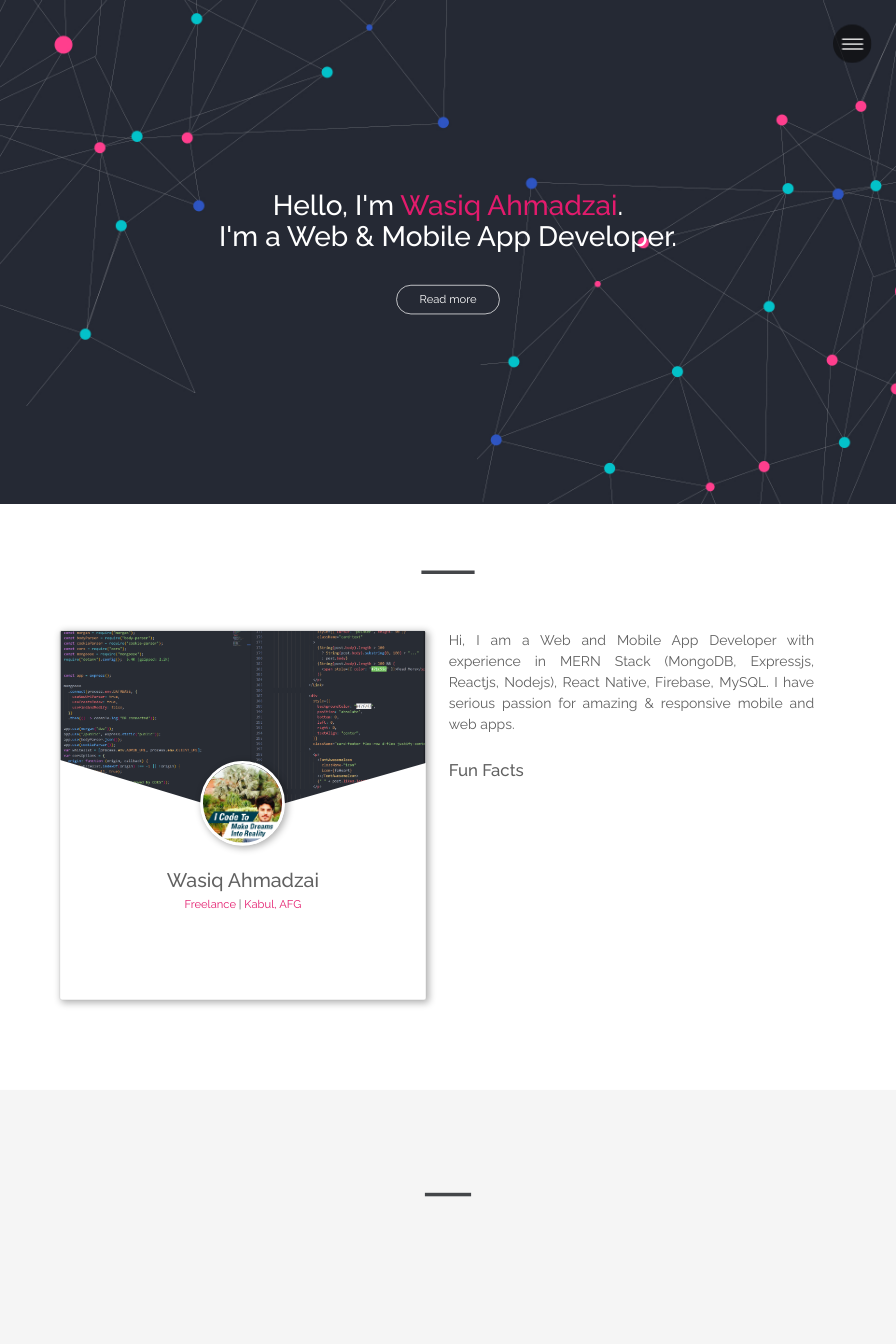
Repository: wasiqkhan/wasiqkhan.github.io
Page: index.html
The author's editor kept a copy of each file at every save. The page is drawn from the files as they stood at one save, then again after the next save.
The browser window is 1280 px wide. The pictures show the part of the page from y = 0 to 1920 px (the page is 5002 px tall), at 70% of full size.
Some web fonts or font styles are not loaded; a fallback is used.

Above is the page before, as saved 2020-11-16 18:45:26.
Not found: js/all.js
Not found: js/app.js
Not found: js/particles.js

After the next save:
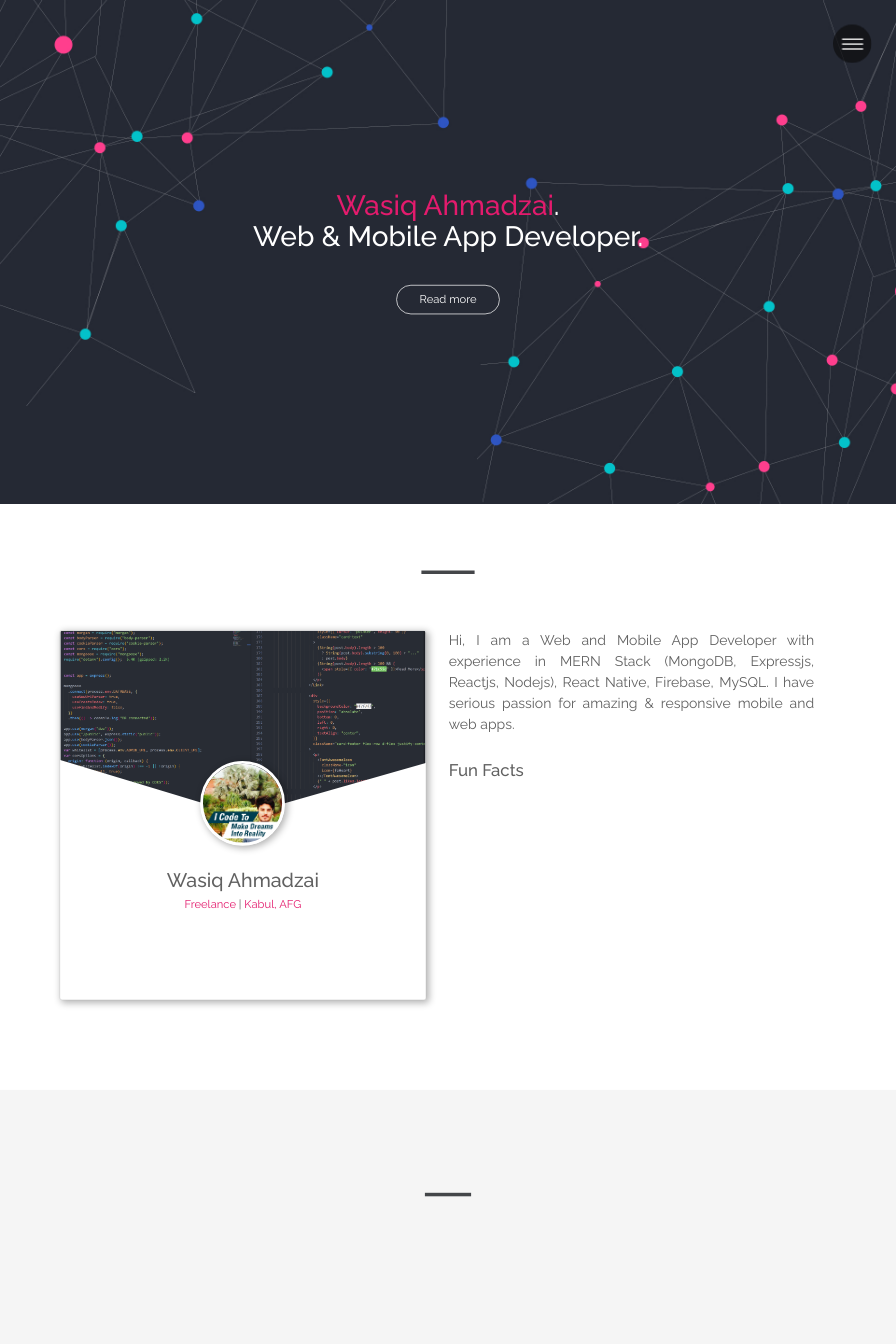
Saved 22 s later.
--- a/index.html
+++ b/index.html
@@ -120,7 +120,7 @@
 
 
       <div class="showcase-content">
-          <h1 class="heading">Hello, I'm <span style="color: #E31B6D">Wasiq Ahmadzai</span>.<br>I'm a Web & Mobile App Developer.</h1>
+          <h1 class="heading"><span style="color: #E31B6D">Wasiq Ahmadzai</span>.<br>Web & Mobile App Developer.</h1>
 
           <a href="#about" class="btnn">Read more</a>
         </div>
